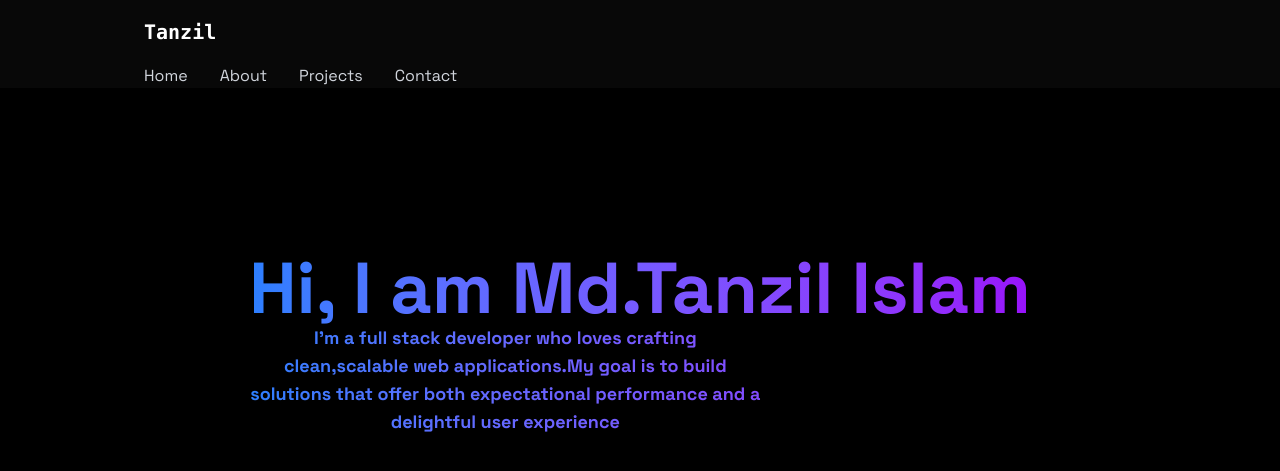
Repository: tanimtanzilislam/my_portfolio
Page: /
The author's editor kept a copy of each file at every save. The page is drawn from the files as they stood at one save, then again after the next save.
The browser window is 1280 px wide. The pictures show the whole page.
The project was rebuilt for these pictures with package versions that can differ from the ones it lists, and the page was loaded fresh each time. Also part of the build but not shown: vite.config.js.

Above is the page before, as saved 2025-05-10 11:43:11.

### index.html
<!doctype html>
<html lang="en">
  <head>
    <meta charset="UTF-8" />
    <link rel="icon" type="image/svg+xml" href="/vite.svg" />
    <link rel="preconnect" href="https://fonts.googleapis.com" />
    <link rel="preconnect" href="https://fonts.gstatic.com" crossorigin />
    <link
    href="https://fonts.googleapis.com/css2?family=Space+Grotesk:wght@400;500;600;700&family=jetBrains+Mono:wght"
    rel="stylesheet"/>
    <meta name="viewport" content="width=device-width, initial-scale=1.0" />
    <title>Vite + React</title>
  </head>
  <body>
    <div id="root"></div>
    <script type="module" src="/src/main.jsx"></script>
  </body>
</html>

### src/index.css
@import "tailwindcss";

html, body {
  margin: 0;
  padding: 0;
  font-family: "Space Grotesk", sans-serif;
  background: #f3f4f6;
}

@layer utilities {

  @keyframes blink{
    0%,100%{
      opacity:1;
    }
    50%{
      opacity:0;
    }
  }
  .animated-blink {
    animation: blink 0.8s step-end infinite;
  }
  @keyframes loading {
    0% {
      transform: translateX(-100%);
    }
    100% {
      transform: translateX(250%);
    }
  }

  .animate-loading-bar {
    animation: loading 0.8s ease infinite;
  }
}

### src/App.jsx
import React, { useState } from 'react';
import './App.css';
import './index.css';
import { LoadingScreen } from './components/LoadingScreen';
import { Navbar } from './components/Navbar';
import { MobileMenu } from './components/MobileMenu';
import { Home } from './components/sections/Home';
function App() {
  const [isLoaded, setIsLoaded] = useState(false);
  const [menuOpen, setMenuOpen] = useState(false);

  return (
    <>
      {
        !isLoaded && <LoadingScreen onComplete={() => setIsLoaded(true)} />
      }
      <div className={`min-h-screen transition-opacity duration-700 ${isLoaded ? "opacity-100" :"opacity-0" } bg-black text-gray-100`}>
        {/* Your other content goes here */}

        <Navbar menuOpen={menuOpen} setMenuOpen={setMenuOpen}/>
        <MobileMenu menuOpen={menuOpen} setMenuOpen={setMenuOpen}/>
  <Home />
      </div>
    </>
  );
}

export default App

### src/App.css
@import "tailwindcss";

html,body {
  margin:0;
  padding:0;
  font-family: "Space Grotesk" ,sans-serif;
  background:#0a0a0a;
  color: #f3f4f6;
}

### src/components/LoadingScreen.jsx
import React, { useState, useEffect } from "react";

export const LoadingScreen = ({ onComplete }) => {
  const [text, setText] = useState("");
  const fullText = "<Hello World />";

  useEffect(() => {
    let index = 0;
    const interval = setInterval(() => {
      setText(fullText.substring(0, index));
      index++;
      if (index > fullText.length) {
        clearInterval(interval);
        // ✅ টাইপিং শেষ হলে onComplete() চালাও
        onComplete();
      }
    }, 100);

    return () => clearInterval(interval);
  }, [onComplete]);

  return (
    <div className="fixed inset-0 z-50 bg-black text-gray-100 flex flex-col items-center justify-center">
      <div className="mb-4 text-4xl font-mono font-bold">
        {text}
        <span className="animated-blink ml-1">|</span>
      </div>

      <div className="w-[200px] h-[2px] bg-gray-800 rounded relative overflow-hidden">
        <div className="w-[40px] h-full bg-blue-500 shadow-[0_0_15px_#3b82f6] animate-loading-bar"></div>
      </div>
    </div>
  );
};

### src/components/Navbar.jsx
import { useEffect } from "react";

export const Navbar = ({ menuOpen, setMenuOpen }) => {
  useEffect(() => {
    document.body.style.overflow = menuOpen ? "hidden" : "";
  }, [menuOpen]);

  return (
    <nav className="fixed top-0 w-full z-40 bg-[rgba(10,10,10,0.8)] backdrop-blur-lg border-white/10 shadow-lg">
      <div className="max-w-5xl mx-auto px-4">
        <div className="flex justify-between items-center h-16">
          <a href="#home" className="font-mono text-xl font-bold text-white">
            Tanzil<span className="text-blue-500"></span>
          </a>
          <div
            className="w-7 h-5 relative cursor-pointer z-40 md:hidden"
            onClick={() => setMenuOpen((prev) => !prev)}
          >
            &#9776;
          </div>
        </div>

        <div className="hidden md:flex items-center space-x-8">
          <a href="#home" className="text-gray-300 hover:text-white transition-colors">Home</a>
          <a href="#about" className="text-gray-300 hover:text-white transition-colors">About</a>
          <a href="#projects" className="text-gray-300 hover:text-white transition-colors">Projects</a>
          <a href="#contact" className="text-gray-300 hover:text-white transition-colors">Contact</a>
        </div>
      </div>
    </nav>
  );
};

### src/components/MobileMenu.jsx
import { useEffect } from "react";

export const MobileMenu = ({ menuOpen, setMenuOpen }) => {
  return (
    <div
      className={`fixed top-0 left-0 w-full bg-[rgba(10,10,10,0.8)] z-40 flex flex-col items-center justify-center
      transition-all duration-300 ease-in-out
      ${menuOpen ? "h-screen opacity-100 pointer-events-auto" : "h-0 opacity-0 pointer-events-none"}`}
    >
      <button
        onClick={() => setMenuOpen(false)}
        className="absolute top-6 right-6 text-white text-3xl focus:outline-none cursor-pointer"
        aria-label="close Menu"
      >
        &times;
      </button>

      <a href="#home" onClick={() => setMenuOpen(false)} className={`text-2xl font-semibold text-white my-4 transform transition-transform duration-300
        ${menuOpen ? "opacity-100 translate-y-0" : ""}`}>Home</a>

      <a href="#about" onClick={() => setMenuOpen(false)} className={`text-2xl font-semibold text-white my-4 transform transition-transform duration-300
        ${menuOpen ? "opacity-100 translate-y-0" : ""}`}>About</a>

      <a href="#projects" onClick={() => setMenuOpen(false)} className={`text-2xl font-semibold text-white my-4 transform transition-transform duration-300
        ${menuOpen ? "opacity-100 translate-y-0" : ""}`}>Projects</a>

      <a href="#contact" onClick={() => setMenuOpen(false)} className={`text-2xl font-semibold text-white my-4 transform transition-transform duration-300
        ${menuOpen ? "opacity-100 translate-y-0" : ""}`}>Contact</a>
    </div>
  );
};

### src/components/sections/Home.jsx
export const Home =()=>{
    return <section id="home" className="min-h-screen flex items-center justify-center relative">
        <div className="text-center z-10 px-14">
            <h1 className="text-5xl md:text-7xl font-bold mb-6 bg-gradient-to-r from-blue-500 to-purple-600 bg-clip-text text-transparent leading-right">Hi, I am Md.Tanzil Islam
                <p  className="tex-gray-400 text-lg mb-8 max-w-lg max-auto">
                    I'm a full stack developer who loves crafting clean,scalable web applications.My goal is to build solutions that offer both expectational performance and a delightful user experience                </p>
            </h1>
        </div>
    </section>
}

Loaded but not shown: src/main.jsx (common file)

After the next save:
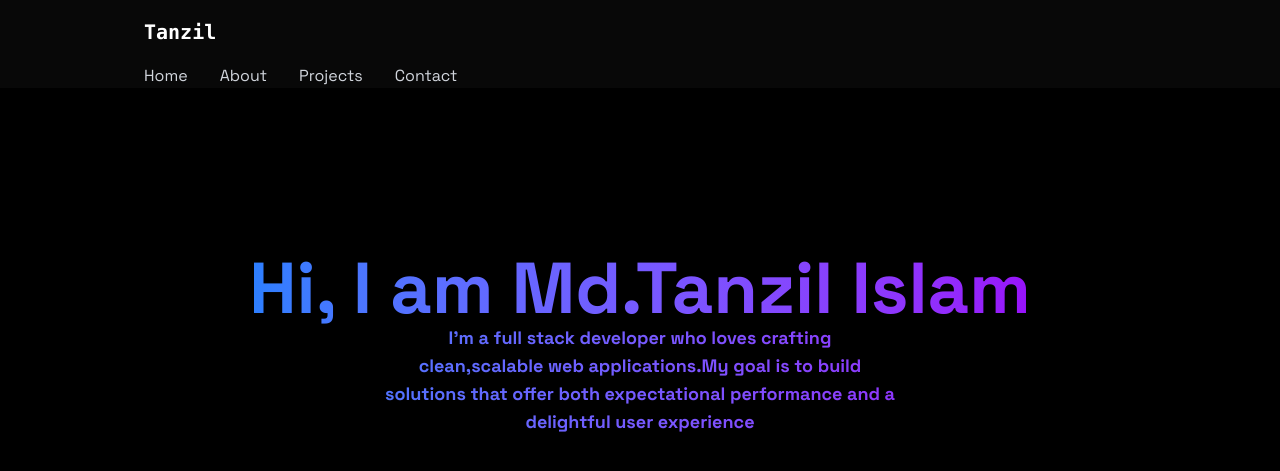
Saved 23 s later.
--- a/src/components/sections/Home.jsx
+++ b/src/components/sections/Home.jsx
@@ -2,7 +2,7 @@ export const Home =()=>{
     return <section id="home" className="min-h-screen flex items-center justify-center relative">
         <div className="text-center z-10 px-14">
             <h1 className="text-5xl md:text-7xl font-bold mb-6 bg-gradient-to-r from-blue-500 to-purple-600 bg-clip-text text-transparent leading-right">Hi, I am Md.Tanzil Islam
-                <p  className="tex-gray-400 text-lg mb-8 max-w-lg max-auto">
+                <p  className="tex-gray-400 text-lg mb-8 max-w-lg mx-auto">
                     I'm a full stack developer who loves crafting clean,scalable web applications.My goal is to build solutions that offer both expectational performance and a delightful user experience                </p>
             </h1>
         </div>
